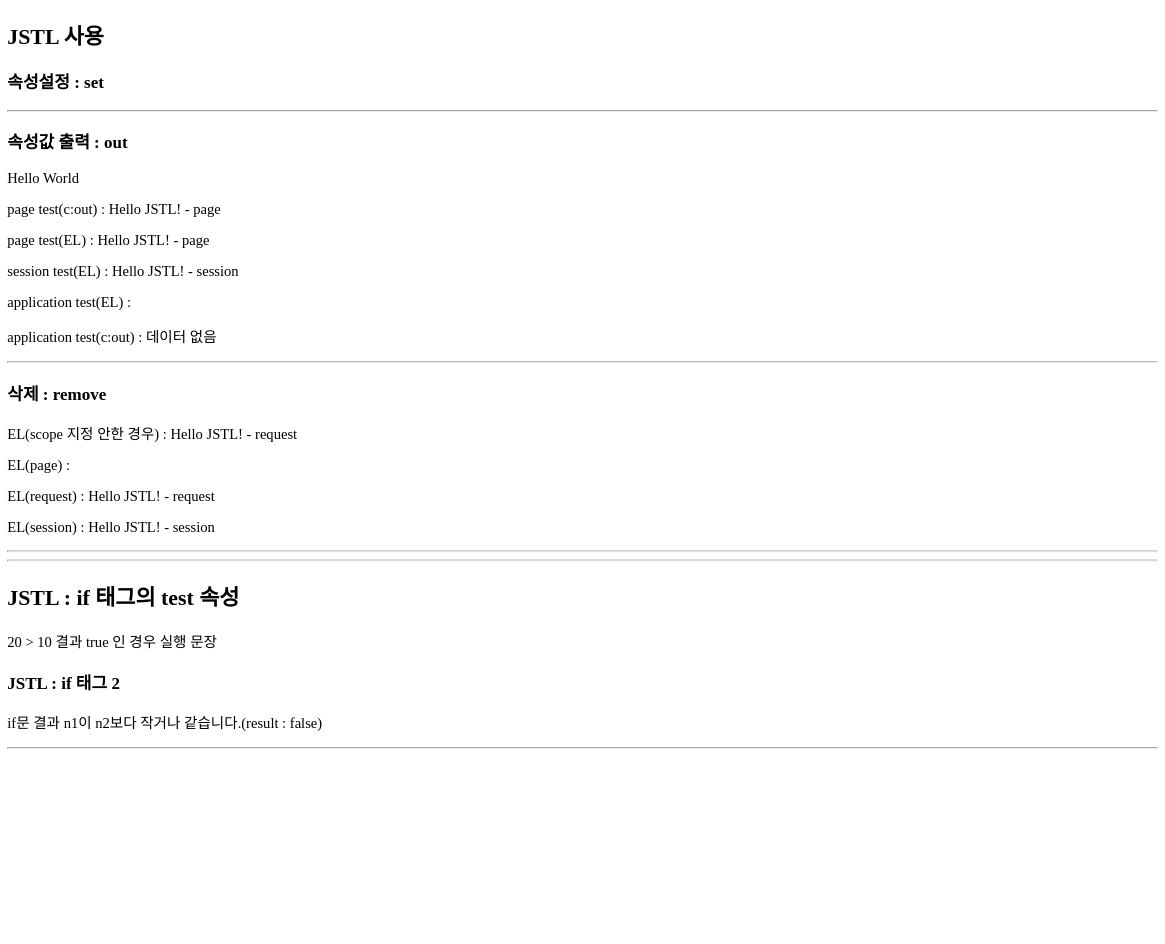
Repository: SeYoung1012/Bitcamp
Page: http://localhost/07_EL_JSTL/JSTL01.jsp
An editor plug-in stored every save of this project. The page is shown before and after the next save, followed by the edit.
The browser window is 1280 px wide. The pictures show the whole page, at 91% of full size.
The page is served by Tomcat 9. The template is opened directly, without the code that normally fills it, so the values that code supplies are empty.

Above is the page before, as saved 2021-09-29 08:52:43.

After the next save:
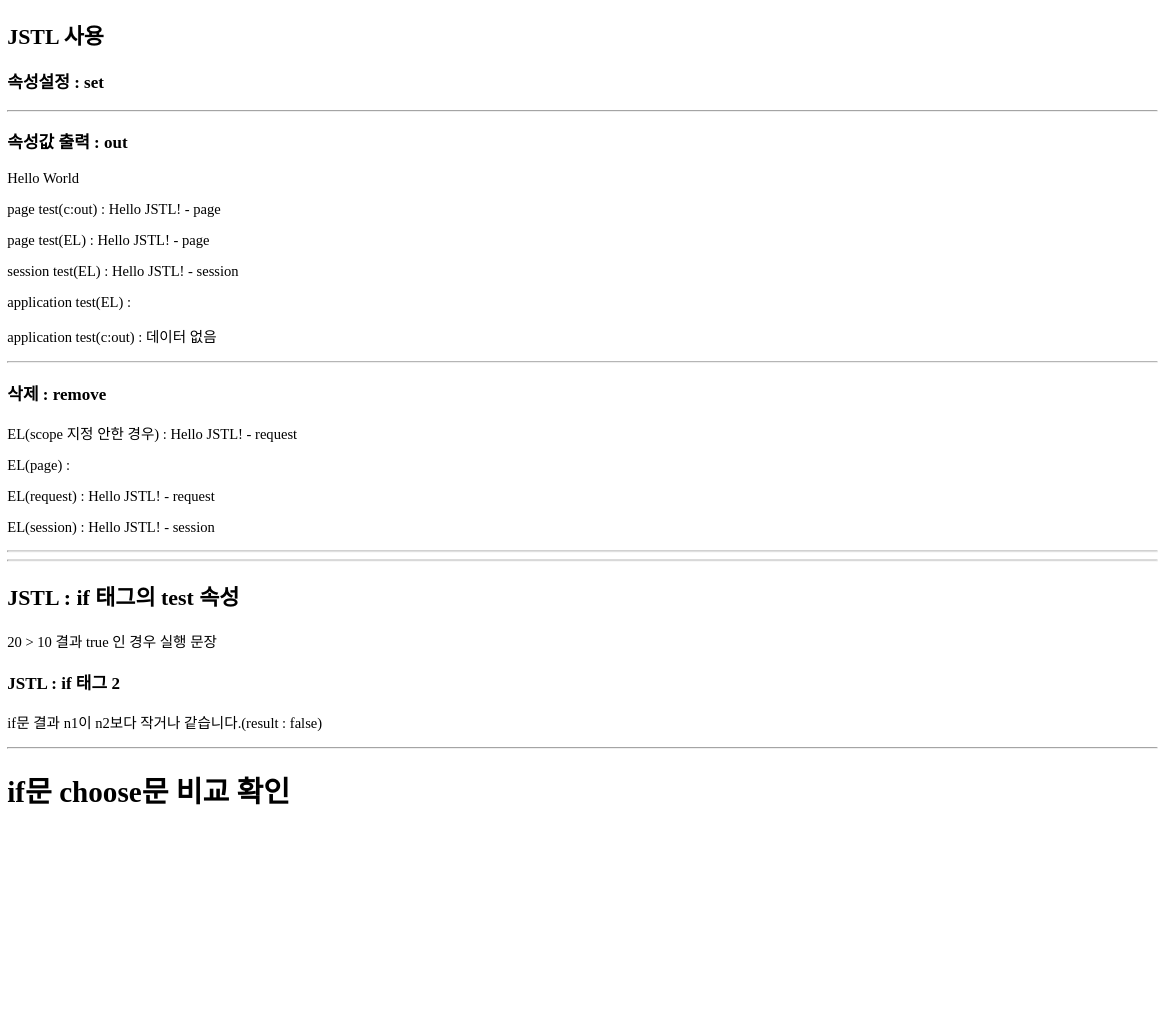
Saved 27 s later.
--- a/60_web/07_EL_JSTL/WebContent/JSTL01.jsp
+++ b/60_web/07_EL_JSTL/WebContent/JSTL01.jsp
@@ -88,6 +88,9 @@
 
 
 	<%--====== choose ~ when ~ otherwise ====== --%>
+	<h1> if문 choose문 비교 확인</h1>
+
+
 
 
 	<br><br><br><br><br><br><br><br><br><br><br>
